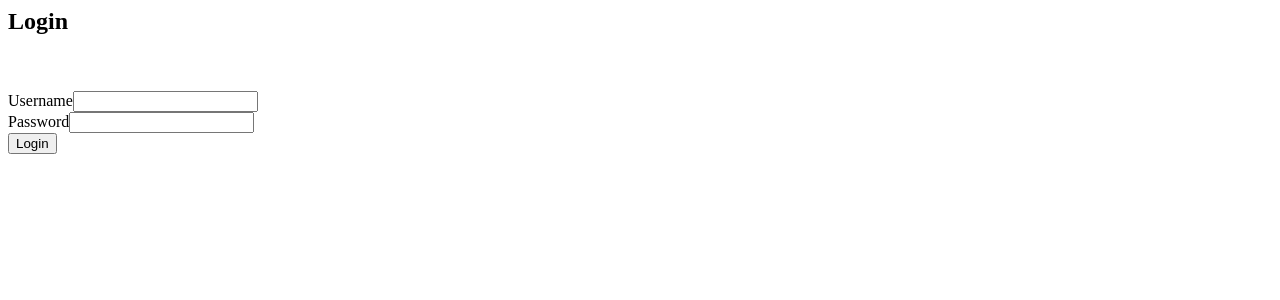
Repository: umng/Learn-to-Program
Page: Java/CTS_SFDC/workspace/Servlet-Login_Profile/WebContent/index.html
An editor plug-in stored every save of this project. The page is shown before and after the next save, followed by the edit.
The browser window is 1280 px wide. The pictures show the whole page.

Above is the page before, as saved 2017-02-28 11:22:07.

### Java/CTS_SFDC/workspace/Servlet-Login_Profile/WebContent/index.html
<h2 id=logout"></h2>
<h2>Login</h2>
<br>
	<form method='get' action='LoginServlet'>
		<br>Username<input type='text' name='username' />
		<br>Password<input type='password' name='password' />
		<br><input type='submit' value='Login' name='login' />
	</form>

After the next save:
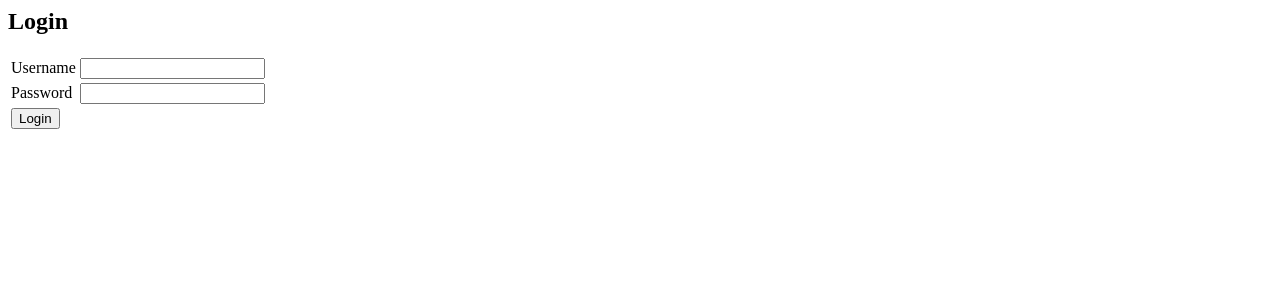
Saved 19 s later.
--- a/Java/CTS_SFDC/workspace/Servlet-Login_Profile/WebContent/index.html
+++ b/Java/CTS_SFDC/workspace/Servlet-Login_Profile/WebContent/index.html
@@ -1,8 +1,23 @@
-<h2 id=logout"></h2>
+<html>
+<body>
 <h2>Login</h2>
-<br>
-	<form method='get' action='LoginServlet'>
-		<br>Username<input type='text' name='username' />
-		<br>Password<input type='password' name='password' />
-		<br><input type='submit' value='Login' name='login' />
-	</form>
+<form method=" get" action="./LoginServlet">
+<div></div>
+<table>
+<tr>
+<td>Username</td>
+<td><input type="text" name="username"></td>
+</tr>
+<tr>
+<td>Password</td>
+<td><input type="password" name="password"></td>
+</tr>
+<tr>
+
+<td><input type="submit" name="login" value="Login"></td>
+</tr>
+
+</table>
+</form>
+</body>
+</html>
